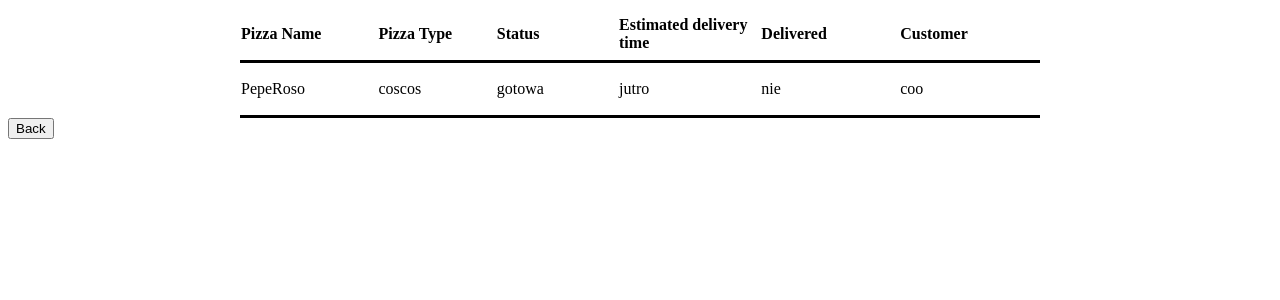
Repository: wisni4k/html-trainee
Page: testWeb/WebContent/OrdersList.html
An editor plug-in stored every save of this project. The page is shown before and after the next save, followed by the edit.
The browser window is 1280 px wide. The pictures show the whole page.

Above is the page before, as saved 2015-07-10 13:18:27.

### testWeb/WebContent/OrdersList.html
<!DOCTYPE html>
<html>
<head>
<meta charset="UTF-8">
<title>Insert title here</title>
<link rel="stylesheet" type="text/css" href="TableStyle.css">
</head>
<body>

	<table>
		<tr>
			<td><b>Pizza Name</b></td>
			<td><b>Pizza Type</b></td>
			<td><b>Status </b></td>
			<td><b>Estimated delivery time</b></td>
			<td><b>Delivered</b></td>
			<td><b>Customer</b></td>

		</tr>
		<tr>
			<td>PepeRoso</td>
			<td>coscos</td>
			<td>gotowa</td>
			<td>jutro</td>
			<td>nie</td>
			<td>coo</td>
		</tr>
	</table>
	<form action="Formularz.html">
		<input type="submit" value="Back">
	</form>

</body>
</html>

### testWeb/WebContent/TableStyle.css
@CHARSET "UTF-8";

table ,td{
	border-collapse: collapse;
	border-bottom-style: solid;
	margin-left: auto;
	margin-right: auto;
	width:800px;
	height: 50px;
}

After the next save:
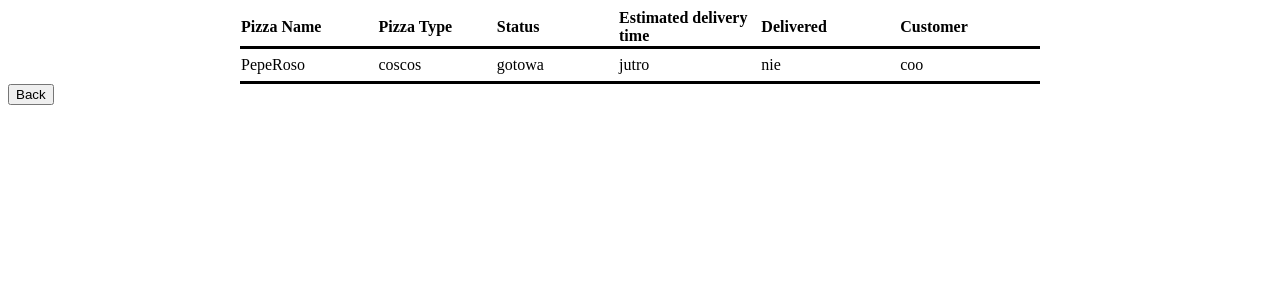
Saved 19 s later.
--- a/testWeb/WebContent/TableStyle.css
+++ b/testWeb/WebContent/TableStyle.css
@@ -6,5 +6,5 @@ table ,td{
 	margin-left: auto;
 	margin-right: auto;
 	width:800px;
-	height: 50px;
+	height: 30px;
 }
